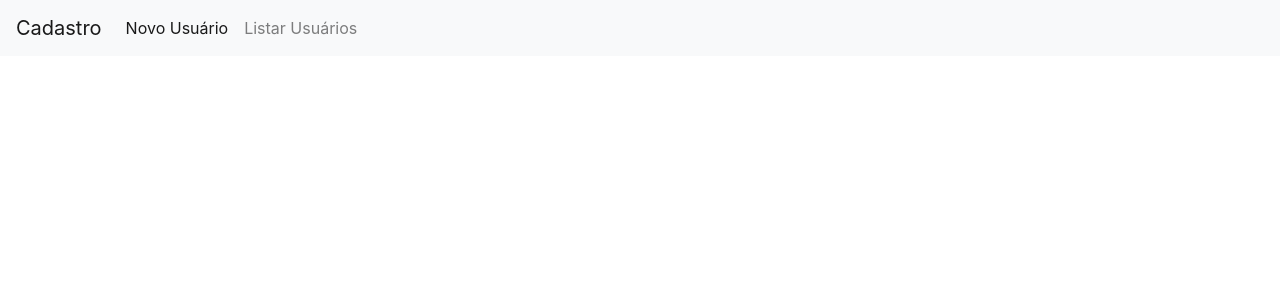
Repository: stefanosousaa/crud-php
Page: http://localhost/?page=novo
The author's editor kept a copy of each file at every save. The page is drawn from the files as they stood at one save, then again after the next save.
The browser window is 1280 px wide. The pictures show the whole page.
The page is run by PHP 8.4 with error messages shown; the project is at /var/www/html/.

Above is the page before, as saved 2023-05-24 18:57:50.

### index.php
<!DOCTYPE html>
<html lang="pt-br">
  <head>
    <!-- Meta tags Obrigatórias -->
    <meta charset="utf-8">
    <meta name="viewport" content="width=device-width, initial-scale=1, shrink-to-fit=no">

    <!-- Bootstrap CSS -->
    <link rel="stylesheet" href="https://stackpath.bootstrapcdn.com/bootstrap/4.1.3/css/bootstrap.min.css" integrity="sha384-MCw98/SFnGE8fJT3GXwEOngsV7Zt27NXFoaoApmYm81iuXoPkFOJwJ8ERdknLPMO" crossorigin="anonymous">

    <title>Olá, mundo!</title>
  </head>
  <body>
  <nav class="navbar navbar-expand-lg navbar-light bg-light">
  <a class="navbar-brand" href="#">Cadastro</a>
  <button class="navbar-toggler" type="button" data-toggle="collapse" data-target="#navbarNav" aria-controls="navbarNav" aria-expanded="false" aria-label="Alterna navegação">
    <span class="navbar-toggler-icon"></span>
  </button>
  <div class="collapse navbar-collapse" id="navbarNav">
    <ul class="navbar-nav">
      <li class="nav-item active">
        <a class="nav-link" href="#">Novo Usuário </a>
      </li>
      <li class="nav-item">
        <a class="nav-link" href="#">Listar Usuários</a>
      </li>

    </ul>
  </div>
</nav>









    <!-- JavaScript (Opcional) -->
    <!-- jQuery primeiro, depois Popper.js, depois Bootstrap JS -->
    <script src="https://code.jquery.com/jquery-3.3.1.slim.min.js" integrity="sha384-q8i/X+965DzO0rT7abK41JStQIAqVgRVzpbzo5smXKp4YfRvH+8abtTE1Pi6jizo" crossorigin="anonymous"></script>
    <script src="https://cdnjs.cloudflare.com/ajax/libs/popper.js/1.14.3/umd/popper.min.js" integrity="sha384-ZMP7rVo3mIykV+2+9J3UJ46jBk0WLaUAdn689aCwoqbBJiSnjAK/l8WvCWPIPm49" crossorigin="anonymous"></script>
    <script src="https://stackpath.bootstrapcdn.com/bootstrap/4.1.3/js/bootstrap.min.js" integrity="sha384-ChfqqxuZUCnJSK3+MXmPNIyE6ZbWh2IMqE241rYiqJxyMiZ6OW/JmZQ5stwEULTy" crossorigin="anonymous"></script>
  </body>
</html>

After the next save:
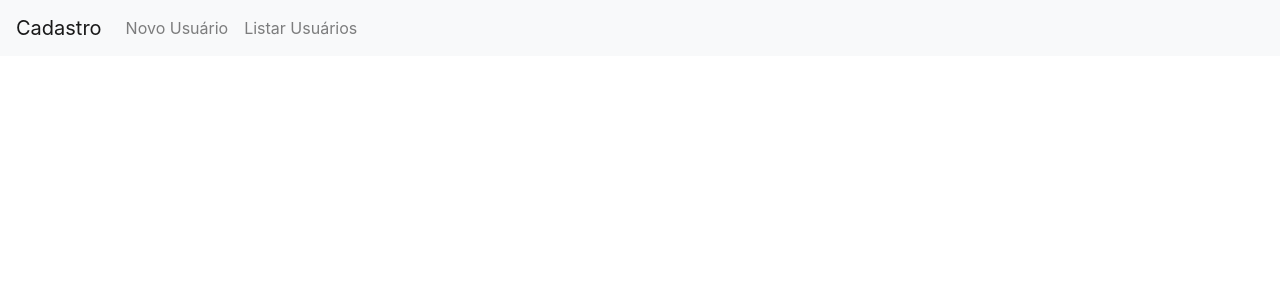
Saved 23 s later.
--- a/index.php
+++ b/index.php
@@ -18,7 +18,7 @@
   </button>
   <div class="collapse navbar-collapse" id="navbarNav">
     <ul class="navbar-nav">
-      <li class="nav-item active">
+      <li class="nav-item">
         <a class="nav-link" href="#">Novo Usuário </a>
       </li>
       <li class="nav-item">
